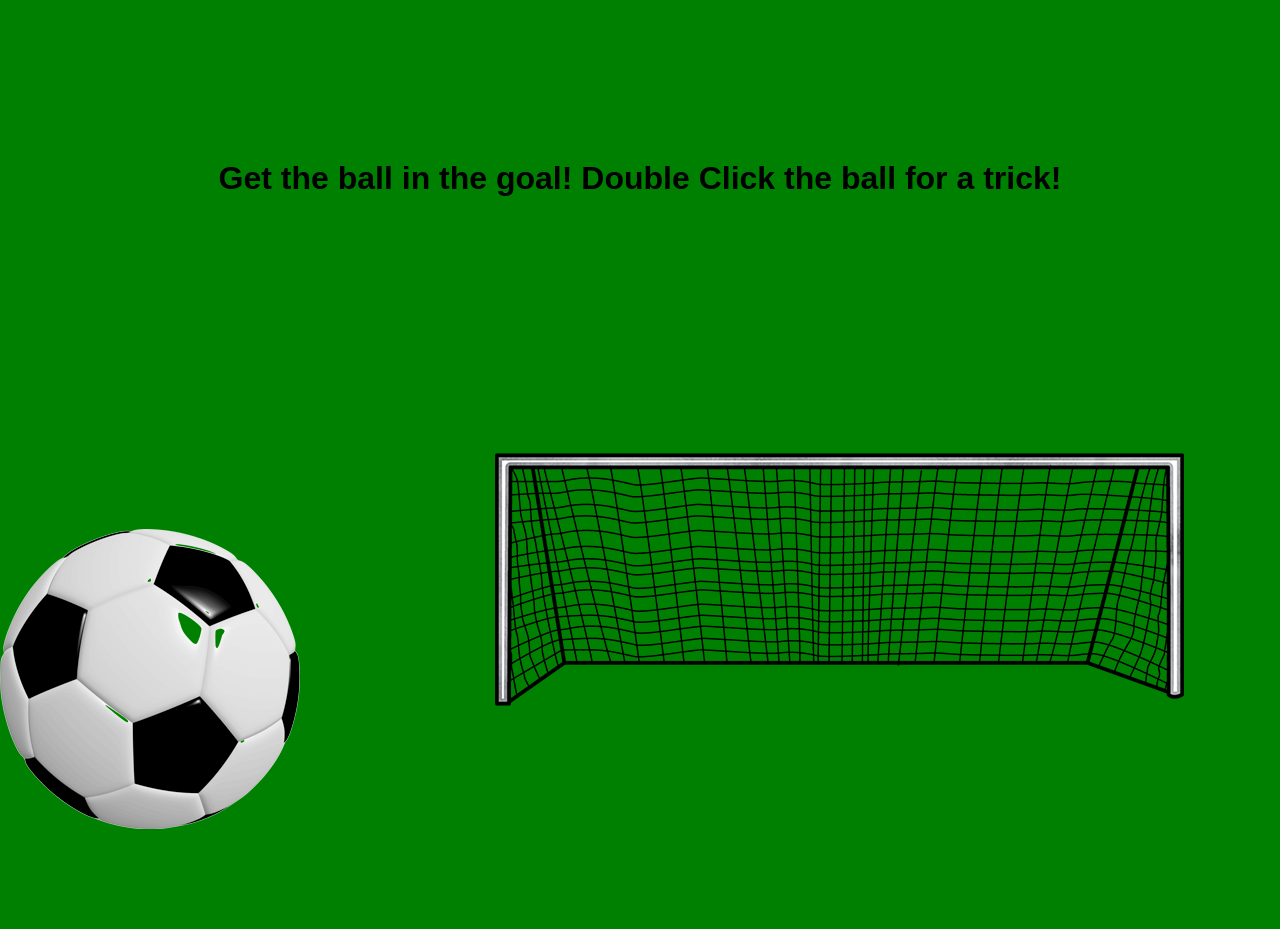
Repository: alexmaddux99/Lab3
Page: mouse-events.html
The author's editor kept a copy of each file at every save. The page is drawn from the files as they stood at one save, then again after the next save.
The browser window is 1280 px wide. The pictures show the whole page.

Above is the page before, as saved 2022-03-06 17:22:37.

After the next save:
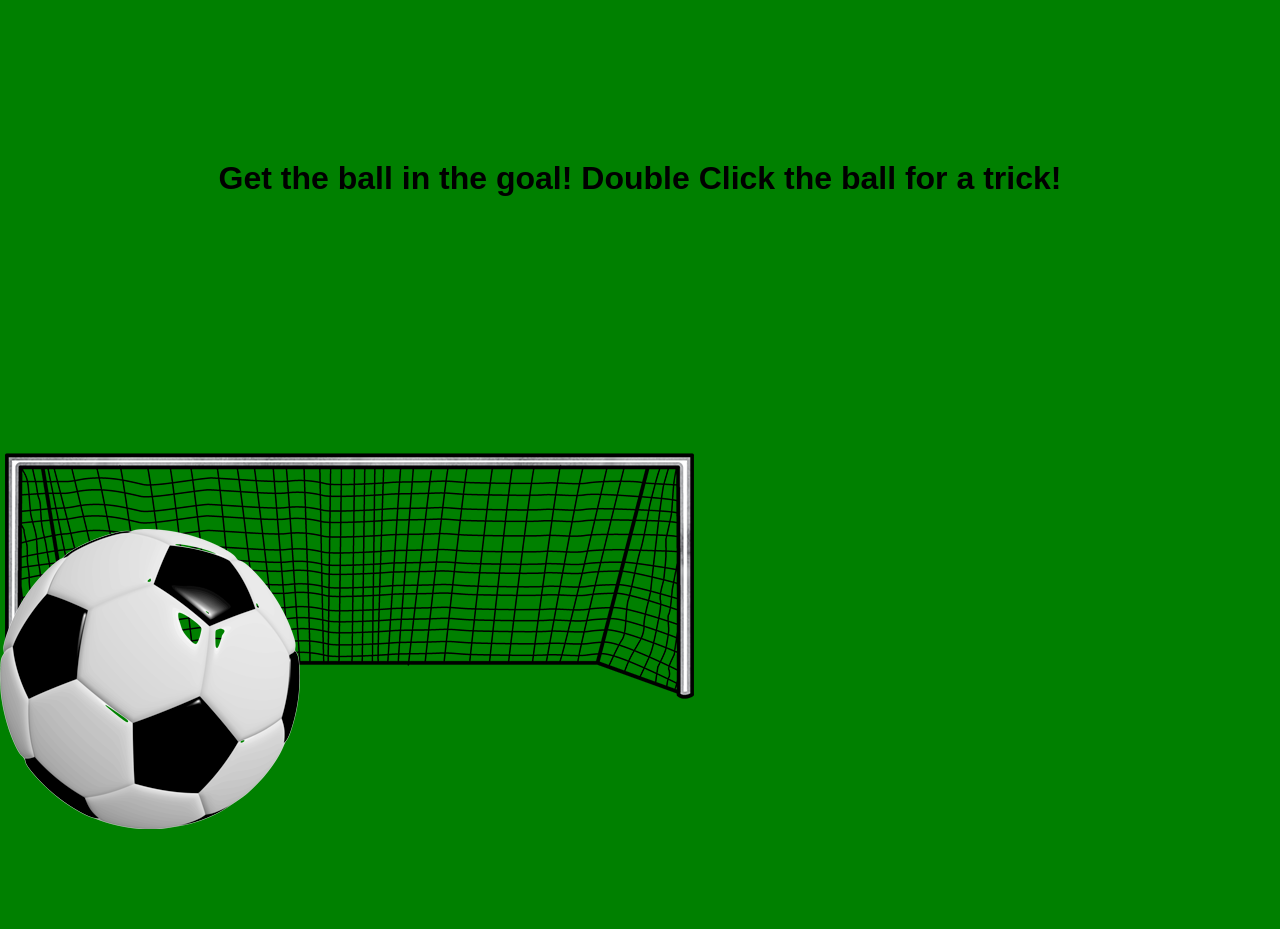
Saved 39 s later.
--- a/mouse-events.html
+++ b/mouse-events.html
@@ -26,11 +26,7 @@
             font: bold 2rem sans-serif;
         }
 
-        .goal{
-            display: block;
-            margin-left: auto;
-            margin-right: auto;
-        }
+
 
         img{
             display: block;
